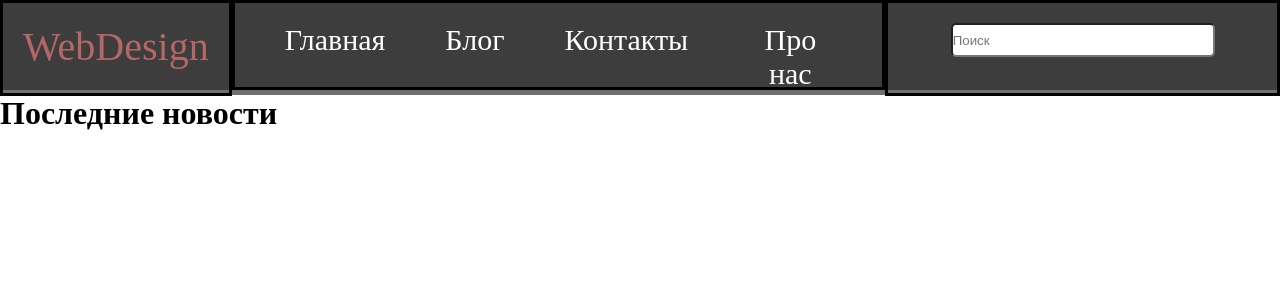
Repository: andbaik/Itprog
Page: index.htm
The author's editor kept a copy of each file at every save. The page is drawn from the files as they stood at one save, then again after a run of saves.
The browser window is 1280 px wide. The pictures show the whole page.

Above is the page before, as saved 2021-01-19 16:59:42.

### index.htm
<!DOCTYPE html>
<html lang="en">
<head>
    <meta charset="UTF-8">
    <meta name="viewport" content="width=device-width, initial-scale=1.0">
    <link rel="stylesheet" href="css/style.css">
    <title>Моя страница</title>
</head>
<body>
    <div class="header">
        <div class="logo box">
            <a href="#">WebDesign</a>
        </div>
        <div class="nav box">
                <ul>
                    <li><a href="#">Главная</a></li>
                    <li><a href="#">Блог</a></li>
                    <li><a href="#">Контакты</a></li>
                    <li><a href="#">Про нас</a></li>
                </ul>
        </div>
        <div class="search box">
            <form action="" method="POST" id="search" name="search">
                <input class="serch-button" type="text" placeholder="Поиск">
            </form>
        </div>
    </div>
    <div class="main">
        <div class="content">
            <h1>Последние новости</h1>
            <p></p>
        </div>
        <div class="asaid">

        </div>
    </div>
</body>
</html>

### css/style.css
* {
    margin: 0;
    padding: 0;
}

.header {
    display: flex;
    text-align: center;
    width: 100%;
    height: 90px;
    background-color: #3D3D3D;
    border-bottom: 5px solid #6F6F6F;

}
a {

    text-decoration: none;
    color: #fff;
}
.logo {
    display: inline-block;
    height: 50px;
    weight: 150px;
    margin: 0px auto;
    padding: 20px;
    border: 3px solid black;
    vertical-align: center;
}
.logo a{
    color: #B36767;
    font-size: 40px;


}
.nav {
    height: px;
    width: auto;
    padding: 20px;
    margin: 0 auto;
    border: 3px solid black;
}

.header ul {
    display: flex;
}

.nav li{
    list-style: none;
    font-size: 30px;
    padding: 0 30px;
}




.search {
    width: 400px;
    height: 90px;
    margin: 0 auto;
    border: 3px solid black;

}

.serch-button {
    width: 260px;
    height: 30px;
    margin: 20px auto;
    border-radius: 5px;


}

After the next 2 saves:
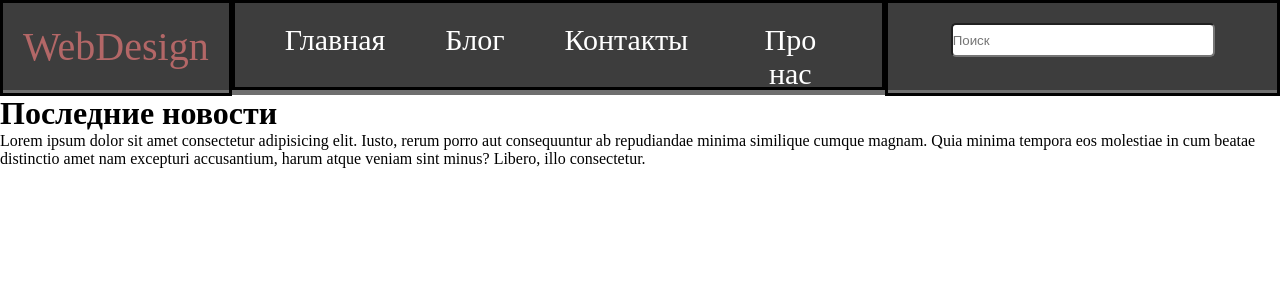
The 2 saves are shown as one change because they came seconds apart.
The last was saved 5 s later.
--- a/index.htm
+++ b/index.htm
@@ -28,7 +28,7 @@
     <div class="main">
         <div class="content">
             <h1>Последние новости</h1>
-            <p></p>
+            <p>Lorem ipsum dolor sit amet consectetur adipisicing elit. Iusto, rerum porro aut consequuntur ab repudiandae minima similique cumque magnam. Quia minima tempora eos molestiae in cum beatae distinctio amet nam excepturi accusantium, harum atque veniam sint minus? Libero, illo consectetur.</p>
         </div>
         <div class="asaid">
 
